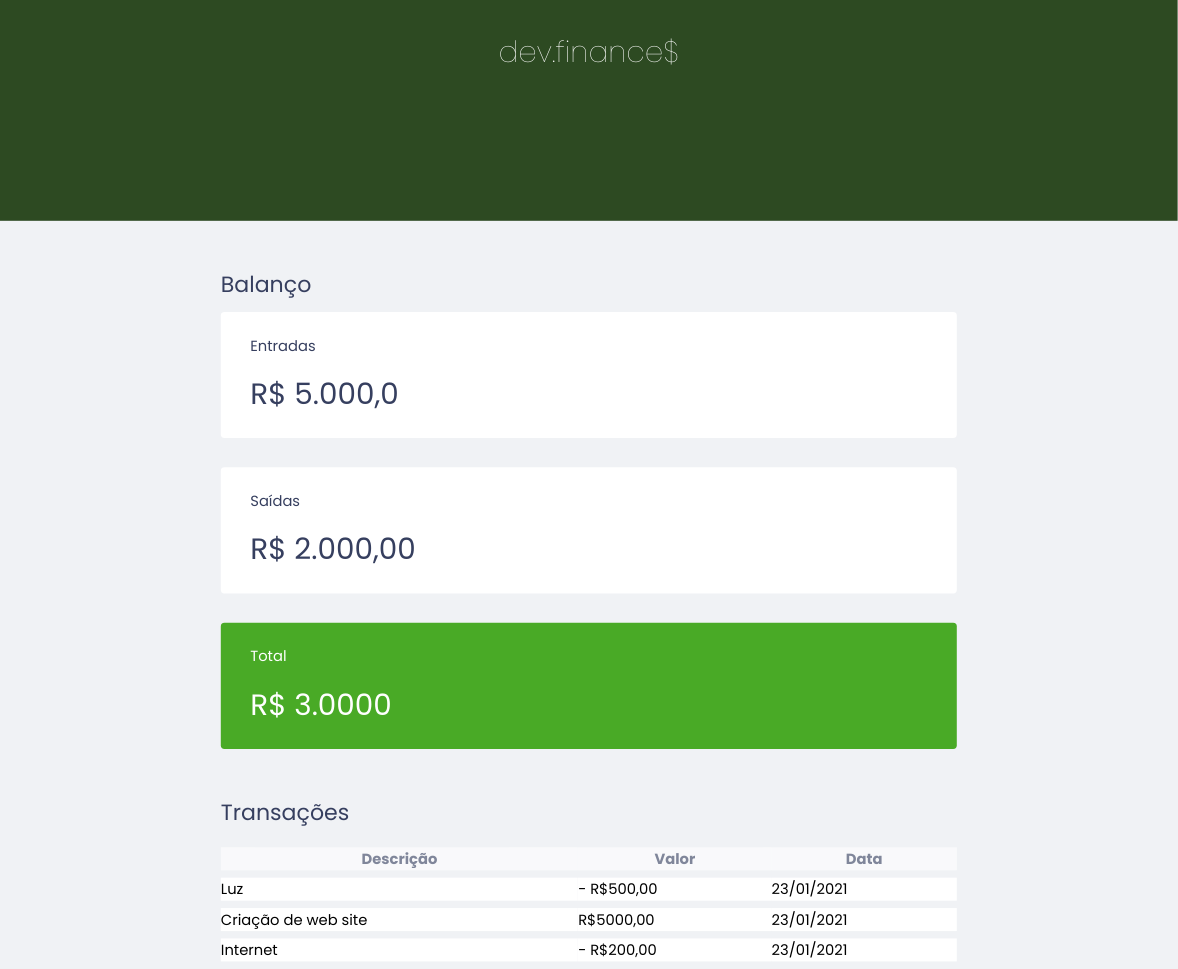
Repository: rafaelmgr12/maratona-dev01
Page: index.html
These files come from the project's save history. The page is drawn as it stood at one moment and after the next save; the edit follows.
The browser window is 1280 px wide. The pictures show the whole page, at 92% of full size.

Above is the page before, as saved 2021-04-26 20:46:11.

### index.html
<!DOCTYPE html>
<html lang="pt-br">
  <head>
    <meta charset="UTF-8" />
    <meta http-equiv="X-UA-Compatible" content="IE=edge" />
    <meta name="viewport" content="width=device-width, initial-scale=1.0" />
    <title>Rafael-app.finance$</title>
    <link rel="stylesheet" href="style.css">
    <link rel="preconnect" href="https://fonts.gstatic.com">
    <link href="https://fonts.googleapis.com/css2?family=Poppins:ital,wght@0,100;0,400;0,700;1,100;1,400;1,700&display=swap" rel="stylesheet">
  </head>
  <body>
    <header><h1 id = "logo">dev.finance$</h1></header>
    <main class = "container">
      <section id="balance">
        <h2>Balanço</h2>
        <div class = "card">
          <h3>Entradas</h3>
          <p>R$ 5.000,0</p>
        </div>
        <div class = "card">
          <h3>Saídas</h3>
          <p>R$ 2.000,00</p>
        </div>
        <div class="card total">
          <h3>Total</h3>
          <p>R$ 3.0000</p>
        </div>
      </section>
      <section id = "transaction">
        <h2>Transações</h2>
        <table id= "data-table">
          <thead>
            <tr>
              <th>Descrição</th>
              <th>Valor</th>
              <th>Data</th>
            </tr>
          </thead>
          <tbody>
            <tr>
              <td>Luz</td>
              <td>- R$500,00</td>
              <td>23/01/2021</td>
            </tr>
            <tr>
              <td>Criação de web site</td>
              <td>R$5000,00</td>
              <td>23/01/2021</td>
            </tr>
            <tr>
              <td>Internet</td>
              <td>- R$200,00</td>
              <td>23/01/2021</td>
            </tr>
          </tbody>
        </table>
      </section>
    </main>
    <footer></footer>
  </body>
</html>

### style.css
/* Global ======================================== */
:root {
  --dark-blue: #363f5f;
}
* {
  margin: 0;
  padding: 0;
  box-sizing: border-box;
}

body {
  background: #f0f2f5;
  font-family: "Poppins", sans-serif;
}
.container {
  width: min(90vw, 800px);
  margin: auto;
}
/* Titles ======================================== */
h2 {
  margin-top: 3.2rem;
  margin-bottom: 0.8rem;
  color: var(--dark-blue);

  font-weight: normal;
}

/* Header ======================================== */
header {
  background: #2d4a22;
  padding: 2rem 0 10rem;
  text-align: center;
}

#logo {
  color: #fff;
  font-weight: 100;
}

/* Balance ======================================== */
balance {
  margin-top: -8rem;
}

balance h2 {
  color: white;
  margin-top: 0;
}

/* Cards ======================================== */

.card {
  background: white;
  padding: 1.5rem 2rem;
  border-radius: 0.25rem;

  margin-bottom: 2rem;

  color: var(--dark-blue);
}

.card h3 {
  font-weight: normal;
  font-size: 1rem;
}

.card p {
  font-size: 2rem;
  line-height: 3rem;

  margin-top: 1rem;
}

.card.total{
    background: #49aa26;
    color: white;
}
/* Table  ======================================== */
#data-table{
    width: 100%;
    border-spacing: 0 0.5rem;
}
table th{
    background: white;
    opacity: 0.6;
    color : var(--dark-blue);
}
table td{
    background: white;



}

/* footer ======================================== */
footer {
  text-align: center;
}

After the next save:
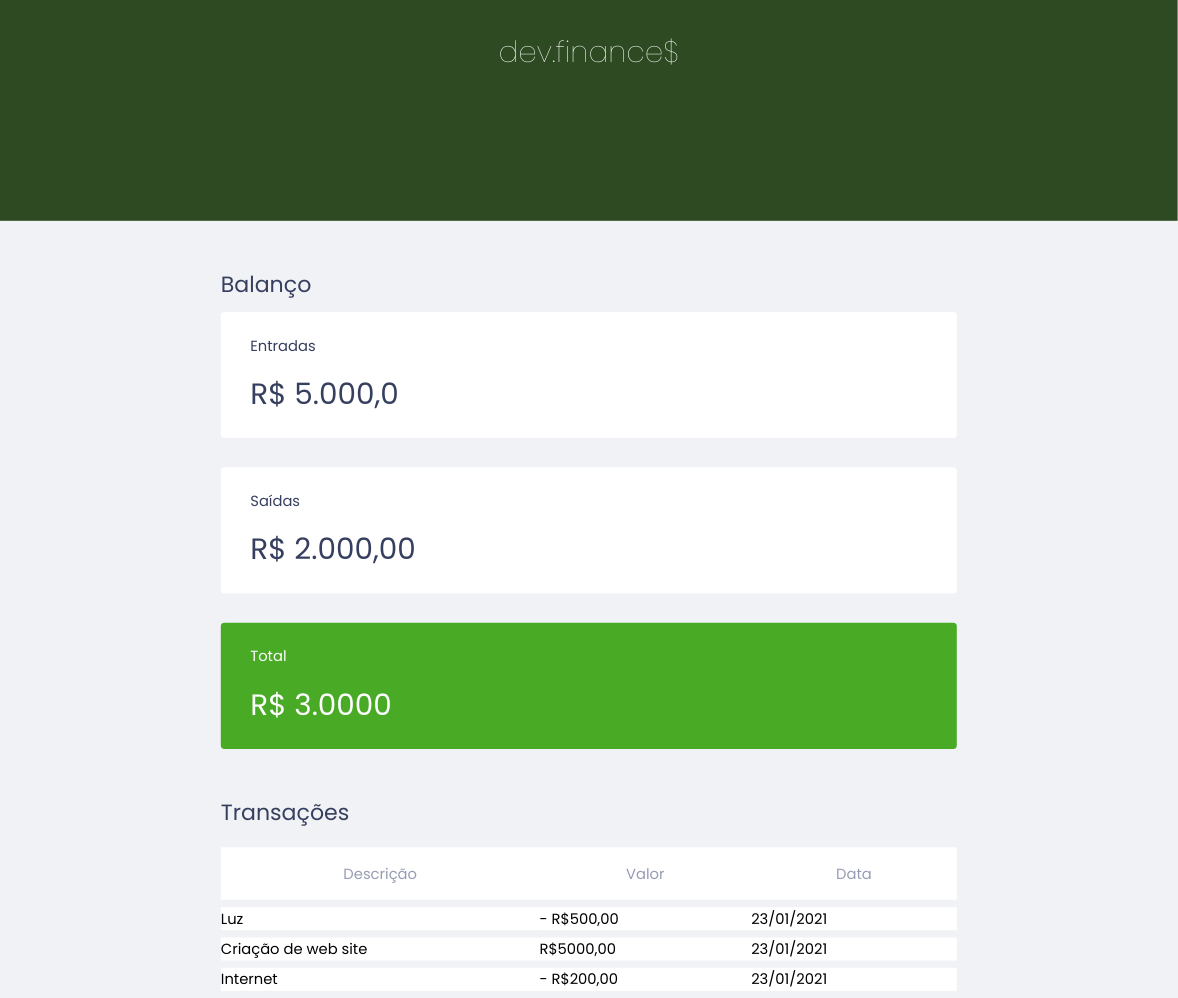
Saved 64 s later.
--- a/style.css
+++ b/style.css
@@ -82,8 +82,10 @@ balance h2 {
 }
 table th{
     background: white;
-    opacity: 0.6;
-    color : var(--dark-blue);
+    color : #969cb3;
+    font-weight: normal;
+    padding: 1rem 2rem;
+
 }
 table td{
     background: white;
